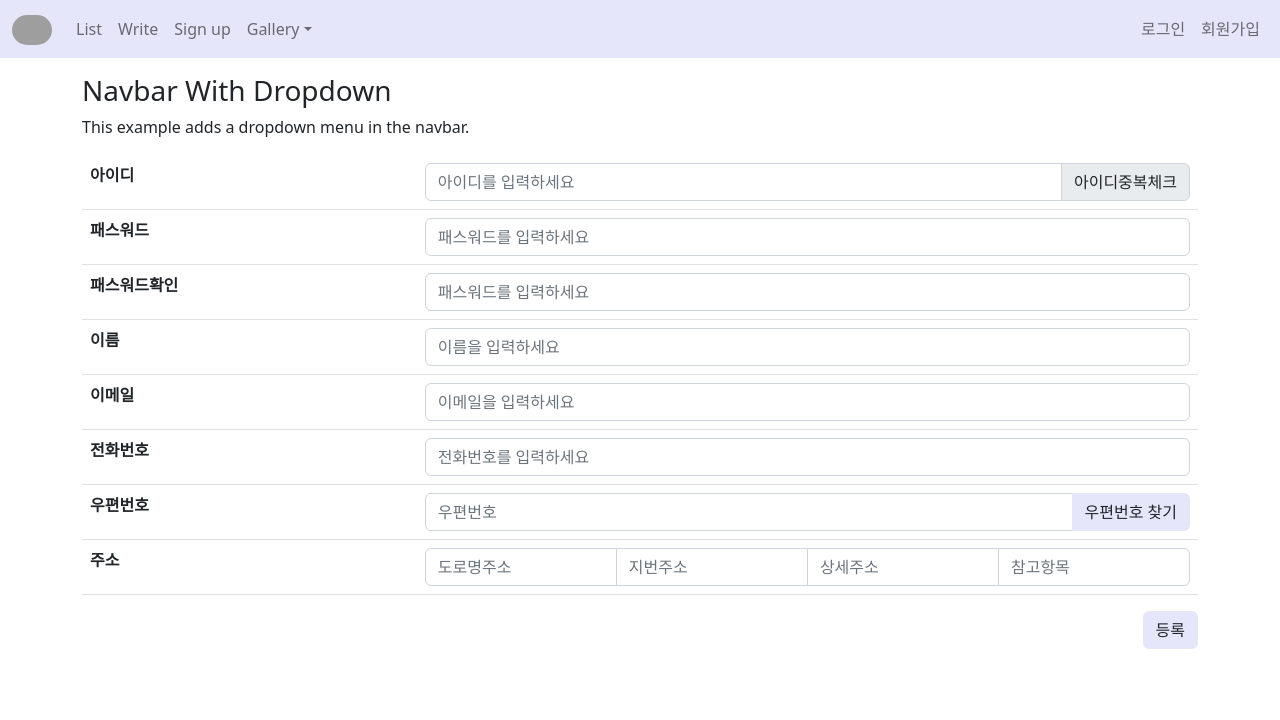
Repository: kwakhimoly/ws_backup
Page: http://localhost/myapp3/WEB-INF/views/member/member_write.jsp
These files come from the project's save history. The page is drawn as it stood at one moment and after the next save; the edit follows.
The browser window is 1280 px wide. The pictures show the whole page.
Pictures or frames that could not be fetched are drawn as grey boxes. The page is served by Tomcat 9. Nobody is signed in. Other server files are loaded and not shown. The template is opened directly, without the code that normally fills it, so the values that code supplies are empty.

Above is the page before, as saved 2023-02-13 06:23:18.

### spws/myapp3/src/main/webapp/WEB-INF/views/member/member_write.jsp
<%@ page language="java" contentType="text/html; charset=UTF-8"
	pageEncoding="UTF-8"%>
<!DOCTYPE html>
<html>
<head>
<meta charset="UTF-8">
<title>Insert title here</title>
<meta name="viewport" content="width=device-width, initial-scale=1">
<link
	href="https://cdn.jsdelivr.net/npm/bootstrap@5.2.3/dist/css/bootstrap.min.css"
	rel="stylesheet">
<script src="https://cdn.jsdelivr.net/npm/bootstrap@5.2.3/dist/js/bootstrap.bundle.min.js"></script>
<script src="https://ajax.googleapis.com/ajax/libs/jquery/3.6.1/jquery.min.js"></script>
<script src="//t1.daumcdn.net/mapjsapi/bundle/postcode/prod/postcode.v2.js"></script>
</head>
<body>
	<form name="myform" id="myform">
		<input type="hidden" name="idcheck" id="idcheck" value="N">
		<!-- 메뉴 -->
		<%@ include file="../include/navbar.jsp"%>



		<div class="container mt-3">
			<h3>Navbar With Dropdown</h3>
			<p>This example adds a dropdown menu in the navbar.</p>


			<table class="table">
				<colgroup>
					<col width="30%">
					<col width="*">
				</colgroup>
				<tbody>
					<tr>
						<th>아이디</th>
						<td>
							<div class="input-group">
								<input type="text" class="form-control" placeholder="아이디를 입력하세요"
									name="user_id" id="user_id"> <button type="button"
									class="input-group-text" onclick="goIdcheck()">아이디중복체크</button>
							</div>
						</td>
					</tr>
					<tr>
						<th>패스워드</th>
						<td>
							<div class="input-group">
								<input type="password" class="form-control"
									placeholder="패스워드를 입력하세요" name="password" id="password">
							</div>
						</td>
					</tr>
					<tr>
						<th>패스워드확인</th>
						<td>
							<div class="input-group">
								<input type="password" class="form-control"
									placeholder="패스워드를 입력하세요" name="password2" id="password2">
							</div>
						</td>
					</tr>
					<tr>
						<th>이름</th>
						<td>
							<div class="input-group">
								<input type="text" class="form-control" placeholder="이름을 입력하세요"
									name="user_name" id="user_name">
							</div>
						</td>
					</tr>
					<tr>
						<th>이메일</th>
						<td>
							<div class="input-group">
								<input type="email" class="form-control" placeholder="이메일을 입력하세요"
									name="email" id="email">
							</div>
						</td>
					</tr>
					<tr>
						<th>전화번호</th>
						<td>
							<div class="input-group">
								<input type="tel" class="form-control" placeholder="전화번호를 입력하세요"
									name="phone" id="phone">
							</div>
						</td>
					</tr>
					<tr>
						<th>우편번호</th>
						<td>
					<div class="input-group">
						<input type="text" class="form-control" id="sample4_postcode" placeholder="우편번호">
						<input type="button" class="btn" style="background-color: lavender" onclick="sample4_execDaumPostcode()" value="우편번호 찾기">
					</div>
						</td>
					</tr>

					<tr>
						<th>주소</th>
						<td>
					<div class="input-group">
						<input type="text" class="form-control" id="sample4_roadAddress" placeholder="도로명주소">
						<input type="text" class="form-control" id="sample4_jibunAddress" placeholder="지번주소">
						<span id="guide" style="color:#999;display:none"></span>
						<input type="text" class="form-control" id="sample4_detailAddress" placeholder="상세주소">
						<input type="text" class="form-control" id="sample4_extraAddress" placeholder="참고항목">
					</div>
						</td>
					</tr>
				</tbody>
			</table>
		</div>

		</div>

		<div class="container" style="text-align: right">
			<button type="button" class="btn" style="background-color: lavender" onclick="goSave()">등록</button>
		</div>
	</form>
</body>


<script>
    //본 예제에서는 도로명 주소 표기 방식에 대한 법령에 따라, 내려오는 데이터를 조합하여 올바른 주소를 구성하는 방법을 설명합니다.
    function sample4_execDaumPostcode() {
        new daum.Postcode({
            oncomplete: function(data) {
                // 팝업에서 검색결과 항목을 클릭했을때 실행할 코드를 작성하는 부분.

                // 도로명 주소의 노출 규칙에 따라 주소를 표시한다.
                // 내려오는 변수가 값이 없는 경우엔 공백('')값을 가지므로, 이를 참고하여 분기 한다.
                var roadAddr = data.roadAddress; // 도로명 주소 변수
                var extraRoadAddr = ''; // 참고 항목 변수

                // 법정동명이 있을 경우 추가한다. (법정리는 제외)
                // 법정동의 경우 마지막 문자가 "동/로/가"로 끝난다.
                if(data.bname !== '' && /[동|로|가]$/g.test(data.bname)){
                    extraRoadAddr += data.bname;
                }
                // 건물명이 있고, 공동주택일 경우 추가한다.
                if(data.buildingName !== '' && data.apartment === 'Y'){
                   extraRoadAddr += (extraRoadAddr !== '' ? ', ' + data.buildingName : data.buildingName);
                }
                // 표시할 참고항목이 있을 경우, 괄호까지 추가한 최종 문자열을 만든다.
                if(extraRoadAddr !== ''){
                    extraRoadAddr = ' (' + extraRoadAddr + ')';
                }

                // 우편번호와 주소 정보를 해당 필드에 넣는다.
                document.getElementById('sample4_postcode').value = data.zonecode;
                document.getElementById("sample4_roadAddress").value = roadAddr;
                document.getElementById("sample4_jibunAddress").value = data.jibunAddress;

                // 참고항목 문자열이 있을 경우 해당 필드에 넣는다.
                if(roadAddr !== ''){
                    document.getElementById("sample4_extraAddress").value = extraRoadAddr;
                } else {
                    document.getElementById("sample4_extraAddress").value = '';
                }

                var guideTextBox = document.getElementById("guide");
                // 사용자가 '선택 안함'을 클릭한 경우, 예상 주소라는 표시를 해준다.
                if(data.autoRoadAddress) {
                    var expRoadAddr = data.autoRoadAddress + extraRoadAddr;
                    guideTextBox.innerHTML = '(예상 도로명 주소 : ' + expRoadAddr + ')';
                    guideTextBox.style.display = 'block';

                } else if(data.autoJibunAddress) {
                    var expJibunAddr = data.autoJibunAddress;
                    guideTextBox.innerHTML = '(예상 지번 주소 : ' + expJibunAddr + ')';
                    guideTextBox.style.display = 'block';
                } else {
                    guideTextBox.innerHTML = '';
                    guideTextBox.style.display = 'none';
                }
            }
        }).open();
    }

function goSave() {
	if($("#idcheck").val()=="N"){
		alert("아이디 중복체크를 하세요");
		$("#user_id").focus();
		return;
	}
	var frm = document.myform;
	frm.action="<%=request.getContextPath()%>/member/save";
//	$("#user_id").prop("disabled", false);
//		-> disabled 쓰고 싶은데 폼 전송으로 값 전달도 해야 하면 submit 전에 disabled 해제
	frm.submit();
}
function goIdcheck(){
	let user_id = $("#user_id").val().trim();

	if(user_id==""){
		alert("아이디를 입력하세요");
		$("#user_id").focus();
		return;
	}

	$.ajax({
		url:"<%=request.getContextPath()%>/member/idcheck",
		data: {"user_id":user_id},
		method: "POST",
		dataType: "JSON"
	})
	.done(function (response){
		if(response.result=="success"){
			$("#idcheck").val("Y");
			$("#user_id").prop("readonly", true);
			/*
			prop("disabled",true)로 하면 파라미터 값이 안 넘어감
			readonly : input type="text" 에만 가능. 사용자는 value 값을 변경할 수 없음.
			disabled : 모든 input 객체에 대하여 비활성화 처리 가능. Form 전송시 해당 객체는 전송이 안됨.
			*/
			alert("사용가능한 아이디입니다.");
		} else{
			alert("이미 사용중인 아이디입니다.");
		}
	})
	.fail(function (response, status, error){
		console.log(error);
	});
}
</script>
</html>

### spws/myapp3/src/main/webapp/WEB-INF/views/include/navbar.jsp
<%@ page language="java" contentType="text/html; charset=UTF-8"
	pageEncoding="UTF-8"%>
<!-- 메뉴 -->
<meta charset="UTF-8">
<!-- 한글 깨짐 방지 -->
<%
// 공통변수 CONTEXT 만들어 놓고 갖다 쓰기
String CONTEXT = request.getContextPath();
%>


<nav class="navbar navbar-expand-sm navbar-light" style="background-color: lavender">
	<div class="container-fluid">
		<a class="navbar-brand" href="<%=CONTEXT%>"> <img
			src="https://imjustcreative.com/wp-content/uploads/2015/11/Screenshot-2019-11-23-17.32.44.jpg" alt="Avatar Logo"
			style="width: 40px;" class="rounded-pill">
		</a>

		<button class="navbar-toggler" type="button" data-bs-toggle="collapse"
			data-bs-target="#collapsibleNavbar">
			<span class="navbar-toggler-icon"></span>
		</button>
		<div class="collapse navbar-collapse" id="collapsibleNavbar">
			<ul class="navbar-nav">
				<li class="nav-item"><a class="nav-link"
					href="<%=CONTEXT%>/board/list?pg=0">List</a></li>
				<li class="nav-item"><a class="nav-link"
					href="<%=CONTEXT%>/board/write">Write</a></li>
				<li class="nav-item"><a class="nav-link"
					href="<%=CONTEXT%>/member/write">Sign up</a></li>
				<li class="nav-item dropdown"><a
					class="nav-link dropdown-toggle" href="#" role="button"
					data-bs-toggle="dropdown">Gallery</a>
					<ul class="dropdown-menu">
						<li><a class="dropdown-item" href="<%=CONTEXT%>/gallery/list">Gallery list</a></li>
						<li><a class="dropdown-item" href="<%=CONTEXT%>/gallery/write">Gallery write</a></li>
						<li><a class="dropdown-item" href="#">A third link</a></li>
					</ul></li>
			</ul>
		</div>
		<%if(session.getAttribute("user_id")==null||session.getAttribute("user_id").equals("")) {%>
			<ul class="navbar-nav justify-content-end">
				<li class="nav-item">
				<a class="nav-link" href="<%=CONTEXT%>/member/login">로그인</a>
				</li>
				<li class="nav-item">
				<a class="nav-link" href="<%=CONTEXT%>/member/write">회원가입</a>
				</li>
			</ul>
		<%} else {%>
			<ul class="navbar-nav justify-content-end">
				<li class="nav-item">
				<a class="nav-link" href="#none"><%=session.getAttribute("user_name") %></a>
				</li>
				<li class="nav-item">
				<a class="nav-link" href="#none" onclick="goLogout()">로그아웃</a>
				</li>
			</ul>
		<%} %>
	</div>
</nav>
<script type="text/javascript">
function goLogout() {
	$.ajax({
		url:"<%=request.getContextPath()%>/member/logout",
		method:"POST",
		dataType:"JSON"
	})
	.done(function (response){
		alert(response.message);
		if(response.result=="success"){
			location.href="<%=request.getContextPath()%>/";
		}
	})
	.fail((response, status, error)=>{
		console.log(error);
	});
}

</script>

After the next save:
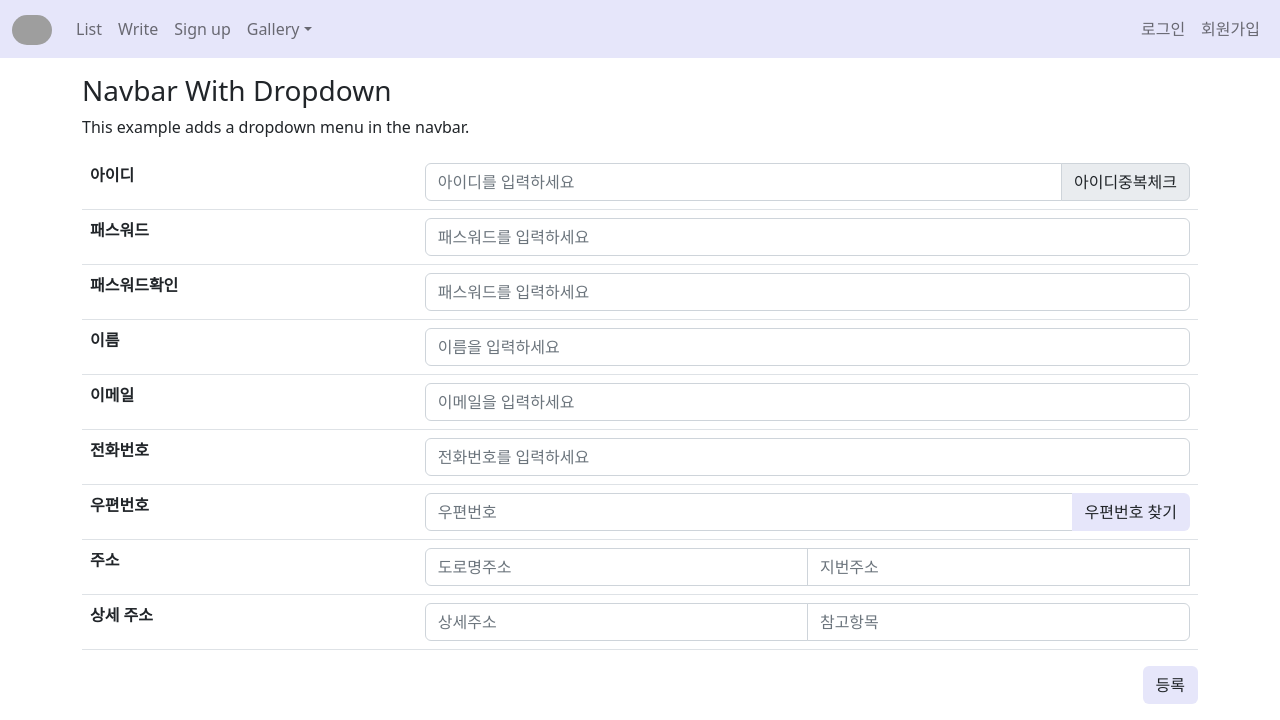
Saved 66 s later.
--- a/spws/myapp3/src/main/webapp/WEB-INF/views/member/member_write.jsp
+++ b/spws/myapp3/src/main/webapp/WEB-INF/views/member/member_write.jsp
@@ -104,6 +104,13 @@
 						<input type="text" class="form-control" id="sample4_roadAddress" placeholder="도로명주소">
 						<input type="text" class="form-control" id="sample4_jibunAddress" placeholder="지번주소">
 						<span id="guide" style="color:#999;display:none"></span>
+					</div>
+						</td>
+					</tr>
+					<tr>
+						<th>상세 주소</th>
+						<td>
+					<div class="input-group">
 						<input type="text" class="form-control" id="sample4_detailAddress" placeholder="상세주소">
 						<input type="text" class="form-control" id="sample4_extraAddress" placeholder="참고항목">
 					</div>
